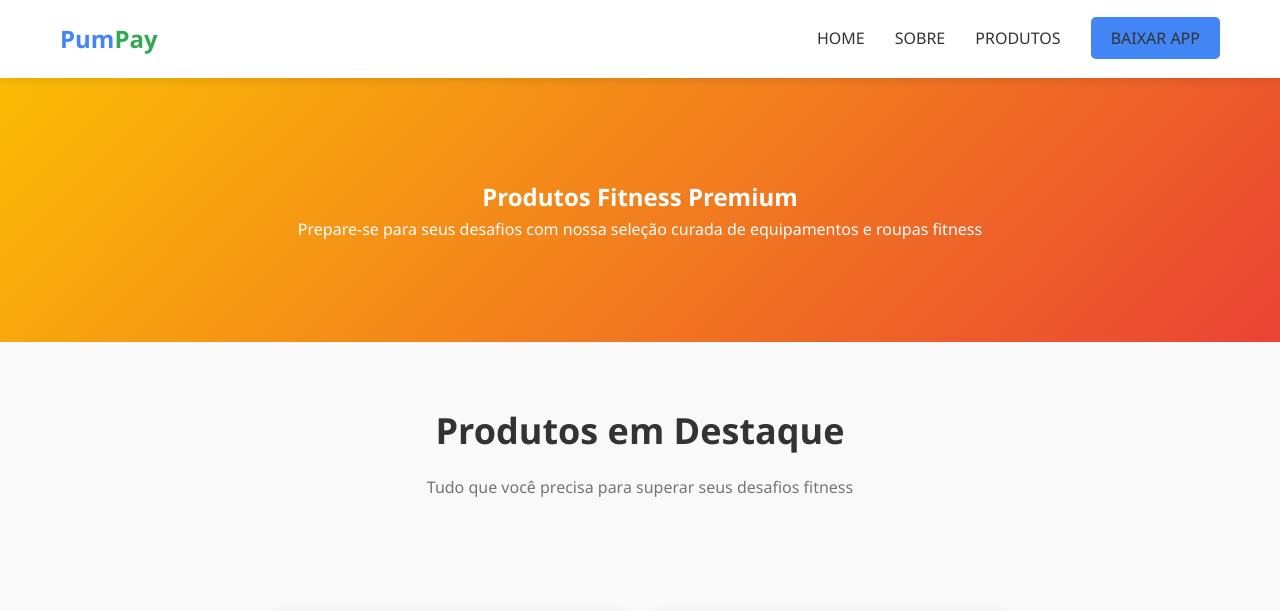
Repository: JaelsonS/PumPay
Page: produtos.html
The author's editor kept a copy of each file at every save. The page is drawn from the files as they stood at one save, then again after the next save.
The browser window is 1280 px wide. The pictures show the part of the page from y = 0 to 611 px (the page is 2457 px tall).
Pictures or frames that could not be fetched are drawn as grey boxes.

Above is the page before, as saved 2025-03-25 19:11:40.
Console error: TypeError: Cannot read properties of null (reading 'addEventListener')

After the next save:
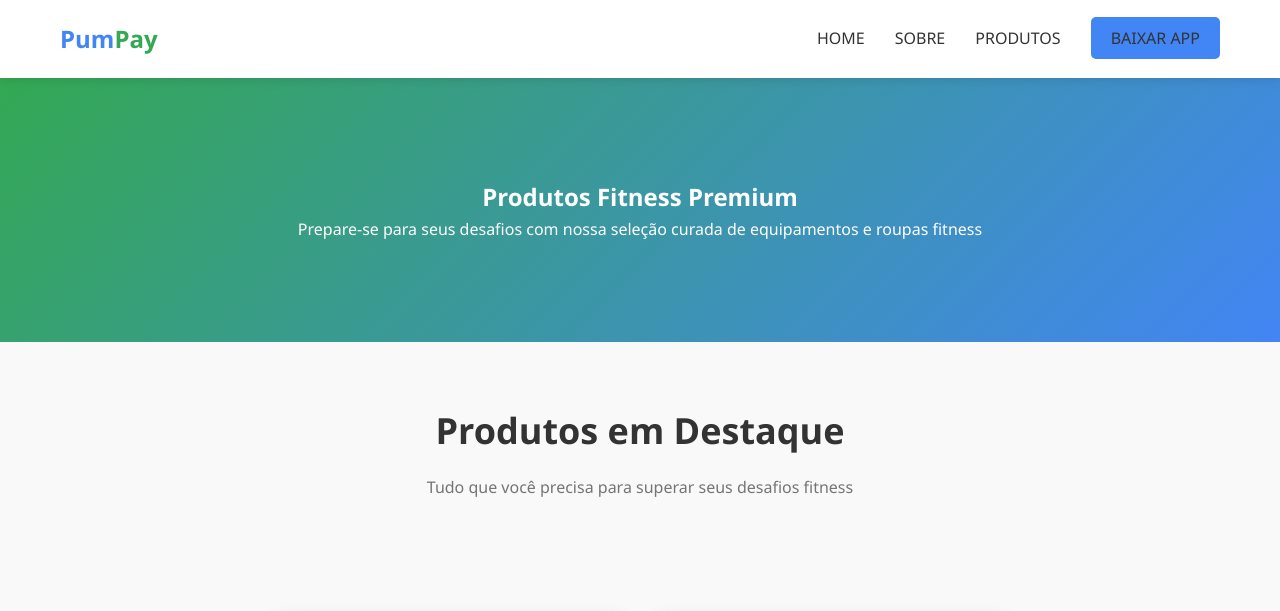
Saved 23 h 1 min later.
--- a/style.css
+++ b/style.css
@@ -413,7 +413,7 @@ footer {
 
 /* Estilos da Página de Produtos */
 .products-hero {
-    background: linear-gradient(135deg, var(--accent-color), var(--danger-color));
+    background: linear-gradient(135deg, var(--secondary-color), var(--primary-color));
     color: white;
     padding: 100px 0;
     text-align: center;
